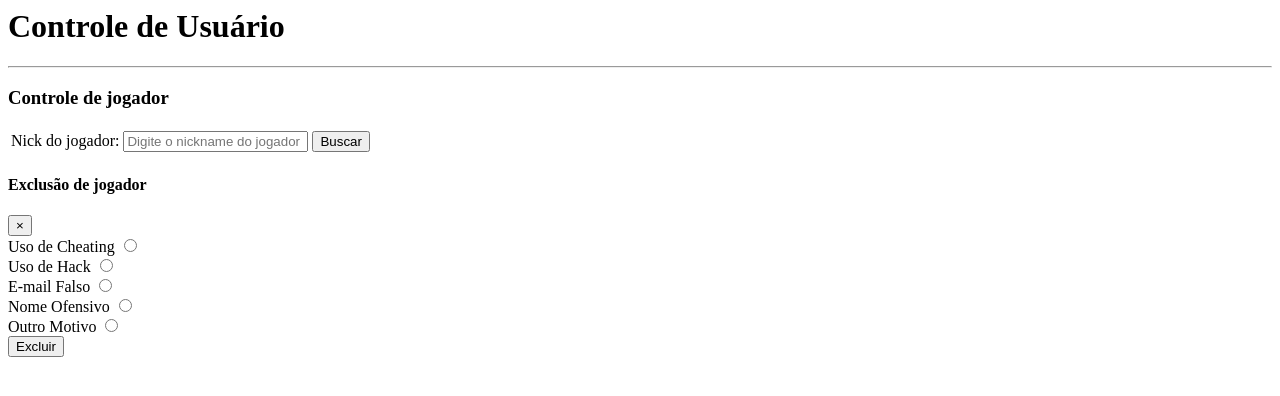
Repository: cavrau/workspaceTbog
Page: the Battle for Gondria/WebContent/system/admin/controle.html
The author's editor kept a copy of each file at every save. The page is drawn from the files as they stood at one save, then again after the next save.
The browser window is 1280 px wide. The pictures show the whole page.

Above is the page before, as saved 2018-08-16 17:15:27.
Console error: ReferenceError: consultaUsuario is not defined

### the Battle for Gondria/WebContent/system/admin/controle.html
<h1>Controle de Usuário</h1>
<hr id="hr_controle">

<div id="div_buscar">

  <h3>Controle de jogador</h3>
  <form >
    <table id="table_buscar">
      <tbody>
        <tr>
          <td>
            <label for="input_consultar">Nick do jogador:</label>
          </td>
          <td>
            <input type="text" name="txt_consultar" id="input_consultar" placeholder="Digite o nickname do jogador">
          </td>
          <td>
            <button type="button" name="btn_buscar" onclick="javascript:carregaDados('controle')" class="btn btn-primary">Buscar</button>
          </td>
        </tr>
      </tbody>
    </table>
  </form>

  <div id="div_jogador">

  </div>

</div>

<!-- Inicio Modal - Excluír jogador -->
<div class="modal fade " id="exclui_jogador" role="dialog">
  <div class="modal-dialog">

    <div class="modal-content">

      <div class="modal-header">
        <h4 class="modal-title">Exclusão de jogador</h4>
        <button type="button" class="close" data-dismiss="modal">&times;</button>
      </div>

      <div class="modal-body">
        <div id="div_banidoPor"></div>
        <div id="div_motivos">
          <label for="banir_1">Uso de Cheating</label>
          <input type="radio" name="rd_banir" id="banir_1" value="1"><br>
          <label for="banir_2">Uso de Hack</label>
          <input type="radio" name="rd_banir" id="banir_2" value="2"><br>
          <label for="banir_3">E-mail Falso</label>
          <input type="radio" name="rd_banir" id="banir_3" value="3"><br>
          <label for="banir_4">Nome Ofensivo</label>
          <input type="radio" name="rd_banir" id="banir_4" value="4"><br>
          <label for="banir_5">Outro Motivo</label>
          <input type="radio" name="rd_banir" id="banir_5" value="5">
        </div>
      </div>
      <div class="modal-footer">
        <button type="button" name="btn_excluiJogador" class="btn btn-danger">Excluir</button>
      </div>
    </div>
  </div>
</div>
<script type="text/javascript" >
consultaUsuario("controle","0",null);
</script>
<!-- Fim Modal - Excluír jogador -->

After the next save:
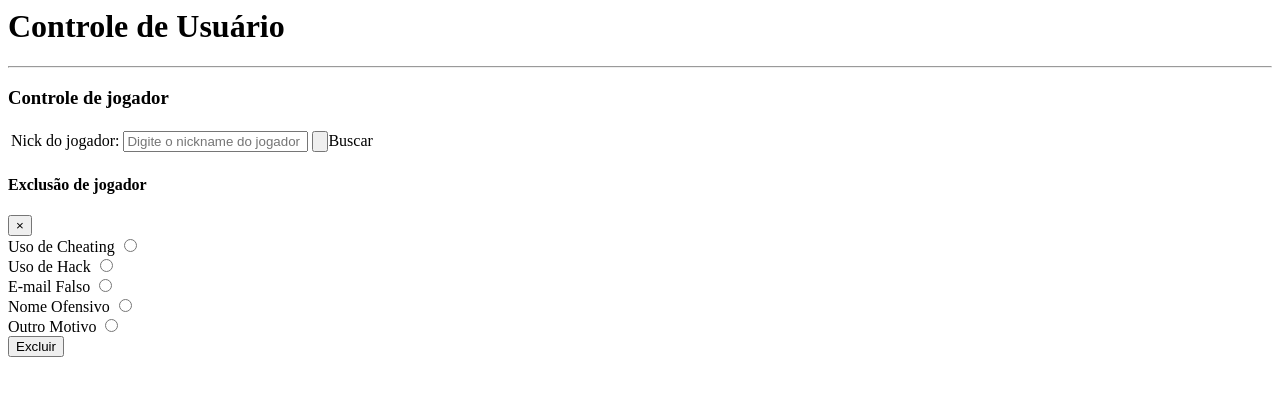
Saved 50 s later.
--- a/the Battle for Gondria/WebContent/system/admin/controle.html
+++ b/the Battle for Gondria/WebContent/system/admin/controle.html
@@ -15,7 +15,7 @@
             <input type="text" name="txt_consultar" id="input_consultar" placeholder="Digite o nickname do jogador">
           </td>
           <td>
-            <button type="button" name="btn_buscar" onclick="javascript:carregaDados('controle')" class="btn btn-primary">Buscar</button>
+            <input type="button" name="btn_buscar" onclick="javascript:carregaDados('controle')" class="btn btn-primary">Buscar</button>
           </td>
         </tr>
       </tbody>

After the save that followed:
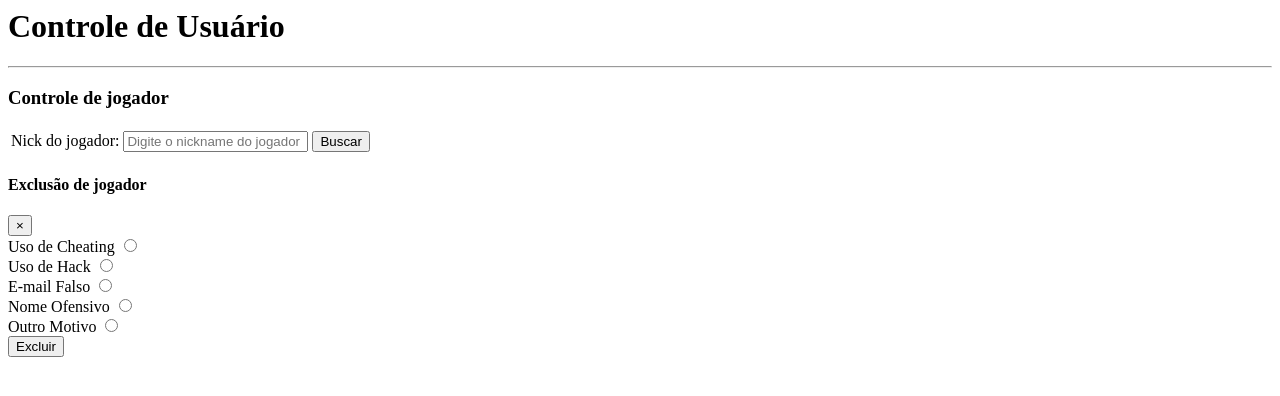
Saved 14 s later.
--- a/the Battle for Gondria/WebContent/system/admin/controle.html
+++ b/the Battle for Gondria/WebContent/system/admin/controle.html
@@ -15,7 +15,7 @@
             <input type="text" name="txt_consultar" id="input_consultar" placeholder="Digite o nickname do jogador">
           </td>
           <td>
-            <input type="button" name="btn_buscar" onclick="javascript:carregaDados('controle')" class="btn btn-primary">Buscar</button>
+            <input type="button" name="btn_buscar" onclick="javascript:carregaDados('controle')" class="btn btn-primary" value="Buscar">
           </td>
         </tr>
       </tbody>
